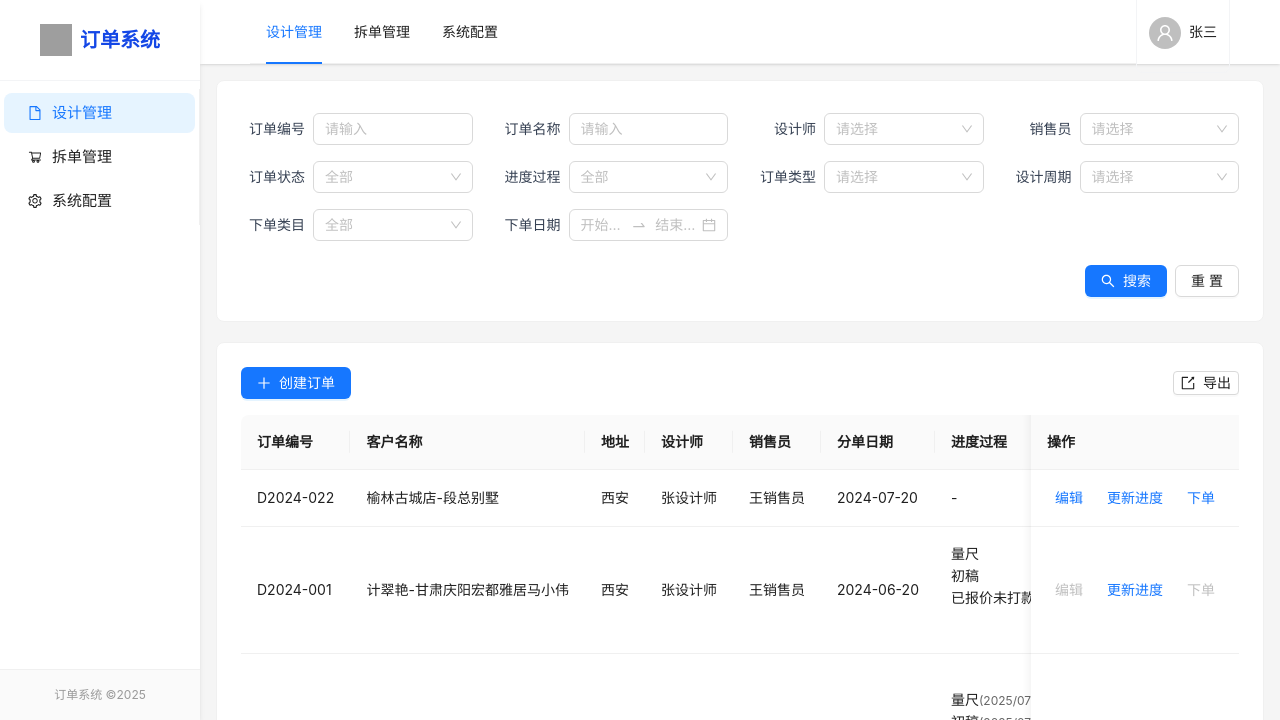
Repository: Garyxiwang/order_system
Page: /design (app in front/)
These files come from the project's save history. The page is drawn as it stood at one moment and after a run of saves; the edit follows.
The browser window is 1280 px wide. The pictures show the whole page.
Pictures or frames that could not be fetched are drawn as grey boxes. An inner scrolling area shows only its first screen. The project was rebuilt for these pictures with package versions that can differ from the ones it lists, and the page was loaded fresh each time. The framework's server and built-in components were replaced by stand-ins that run in the browser. Also part of the build but not shown: front/next.config.js, front/next.config.ts.

Above is the page before, as saved 2025-08-07 15:15:27.

After the next 3 saves:
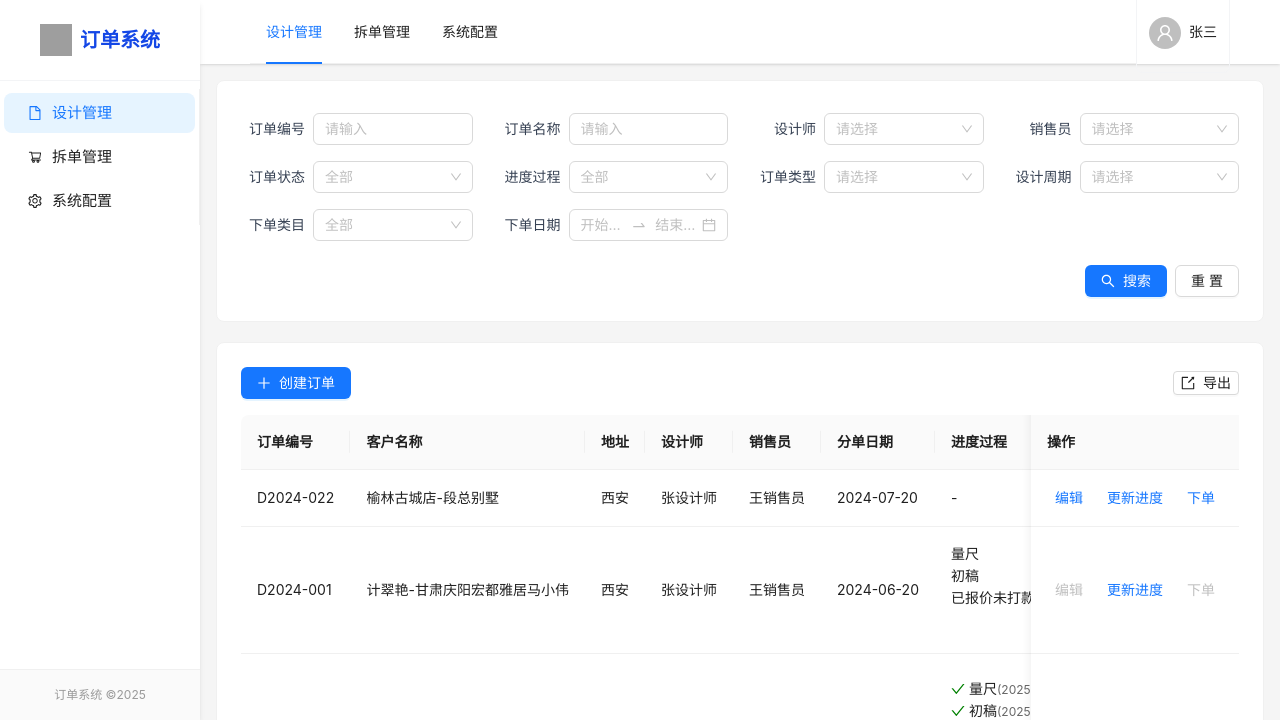
The 3 saves are shown as one change because 2 did not build or start.
The last was saved 63 s later.
--- a/front/src/app/design/page.tsx
+++ b/front/src/app/design/page.tsx
@@ -20,6 +20,7 @@ import {
   SearchOutlined,
   PlusOutlined,
   ExportOutlined,
+  CheckOutlined,
 } from "@ant-design/icons";
 import CreateOrderModal from "./createOrderModal";
 import UpdateProgressModal from "./updateProgressModal";
@@ -281,6 +282,9 @@ const DesignPage: React.FC = () => {
                 <div key={itemIndex}>
                   {time ? (
                     <span>
+                      <CheckOutlined
+                        style={{ color: "green", marginRight: "4px" }}
+                      />
                       {status}
                       <span style={{ fontSize: "12px", color: "#666" }}>
                         ({time})
